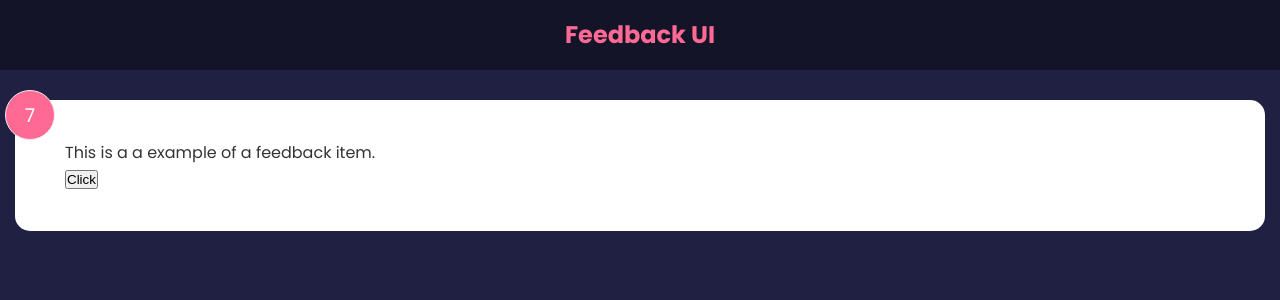
Repository: haokiet2501/feedback-app
Page: /
An editor plug-in stored every save of this project. The page is shown before and after the next save, followed by the edit.
The browser window is 1280 px wide. The pictures show the whole page.
The project was rebuilt for these pictures with package versions that can differ from the ones it lists, and the page was loaded fresh each time.

Above is the page before, as saved 2022-02-23 16:06:00.

After the next save:
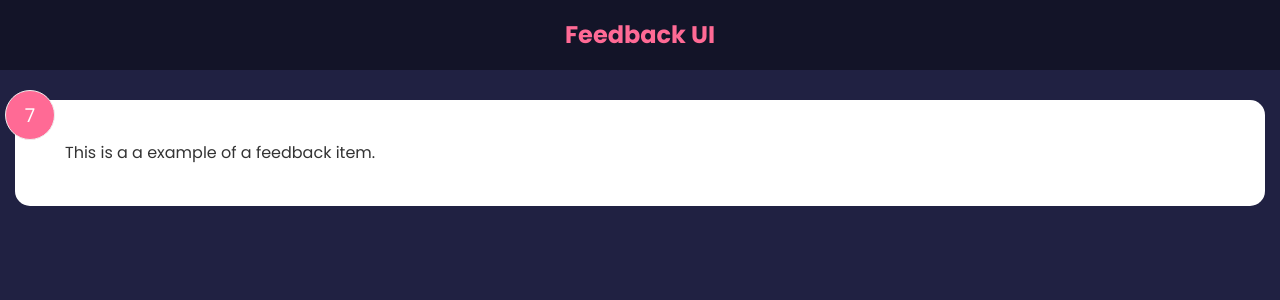
Saved 18 s later.
--- a/src/components/FeedbackItem.jsx
+++ b/src/components/FeedbackItem.jsx
@@ -12,7 +12,7 @@
     <div className='card'>
         <div className="num-display">{rating}</div>
         <div className="text-display">{text}</div>
-        <button onClick={handleClick}>Click</button>
+
     </div>
   )
 }

After the 3 saves that followed:
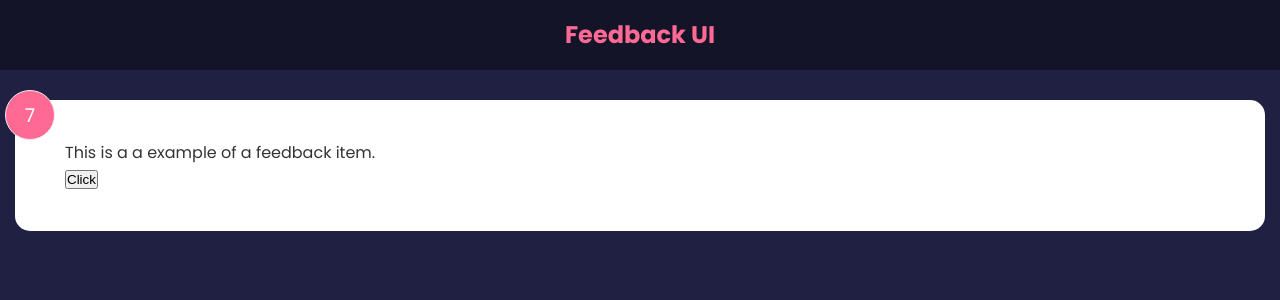
The 3 saves are shown as one change because 1 left the picture as it was and some came seconds apart.
The last was saved 11 s later.
--- a/src/components/FeedbackItem.jsx
+++ b/src/components/FeedbackItem.jsx
@@ -3,16 +3,12 @@
 function FeedbackItem() {
   const [rating, setRating] = useState(7)
   const [text, setText] = useState('This is a a example of a feedback item.')
-  const handleClick = (prev) => {
-    setRating((prev) => {
-        return prev + 1
-    })
-  }
+
   return (
     <div className='card'>
         <div className="num-display">{rating}</div>
         <div className="text-display">{text}</div>
-
+        <button>Click</button>
     </div>
   )
 }
